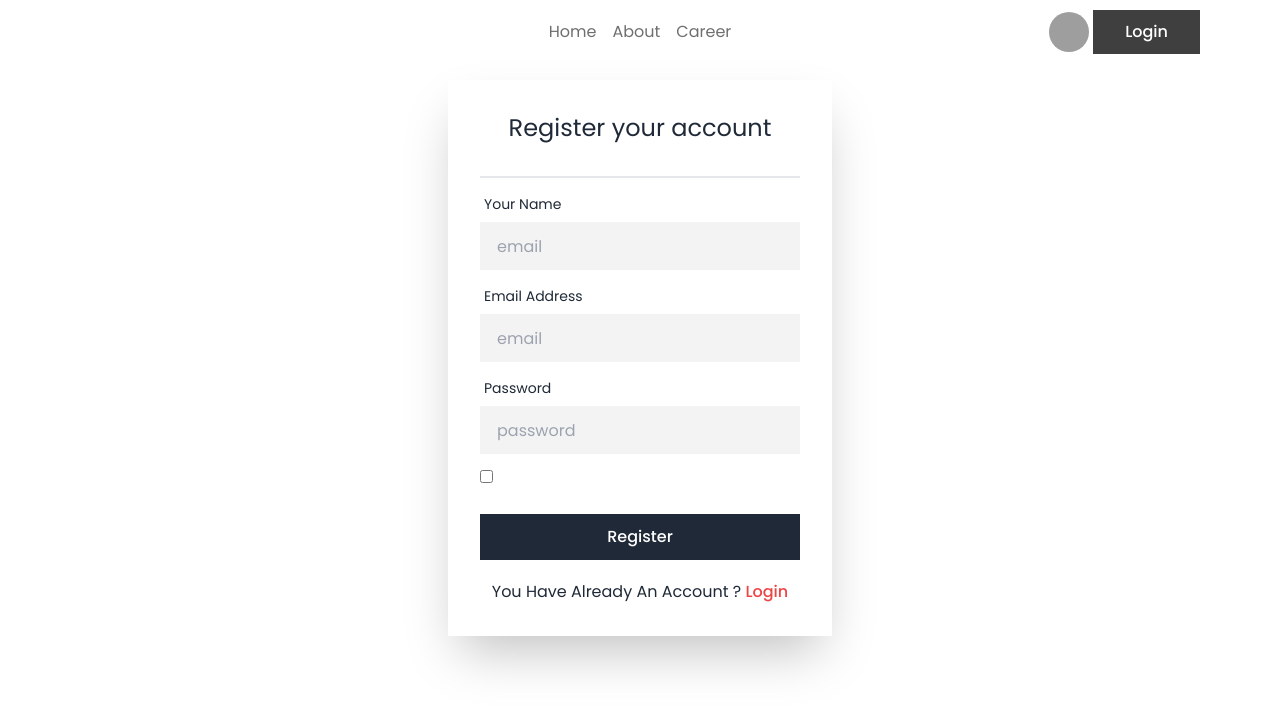
Repository: ShouravAhammed/react-dragon-news-auth
Page: /register
The author's editor kept a copy of each file at every save. The page is drawn from the files as they stood at one save, then again after the next save.
The browser window is 1280 px wide. The pictures show the whole page.
Pictures or frames that could not be fetched are drawn as grey boxes. The project was rebuilt for these pictures with package versions that can differ from the ones it lists, and the page was loaded fresh each time. Also part of the build but not shown: vite.config.js, src/pages/BreakingNews/BreakingNews.jsx, src/pages/Shared/Header/Header.jsx, src/pages/Shared/LeftSideNav/LeftSideNav.jsx, src/Components/btnLogin/BtnLogin.jsx, src/pages/Shared/RIghtSideNav/RightSideNav.jsx, src/pages/Home/Home.jsx, src/pages/About/About.jsx and 2 more.

Above is the page before, as saved 2024-04-14 03:22:34.

After the next save:
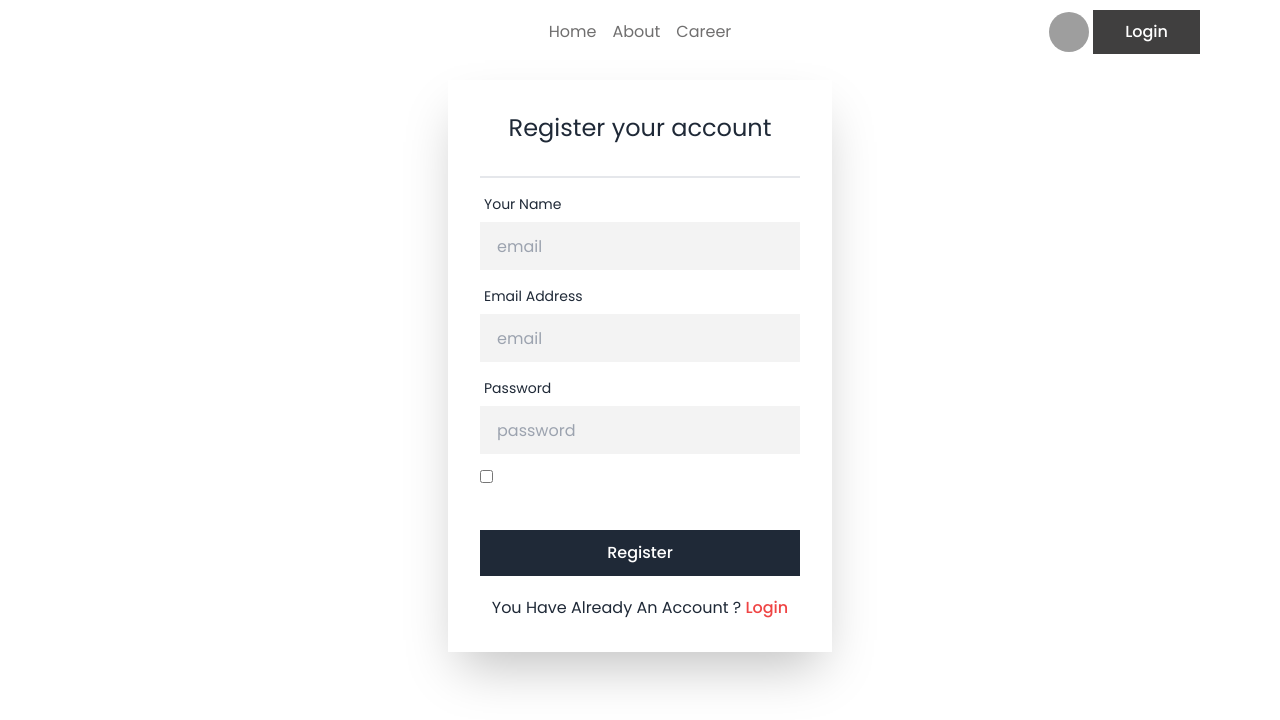
Saved 39 s later.
--- a/src/pages/Register/Register.jsx
+++ b/src/pages/Register/Register.jsx
@@ -33,7 +33,7 @@ const Register = () => {
         <div className="my-1">
             <input type="checkbox" name="checked" id="checked" />
         </div>
-        <div className="form-control mt-3">
+        <div className="form-control mt-3"><label className="label"></label>
         <button
         className="w-full px-8 py-2.5 relative group overflow-hidden font-medium bg-gray-800 text-white inline-block border-gray-800 border"
       >
